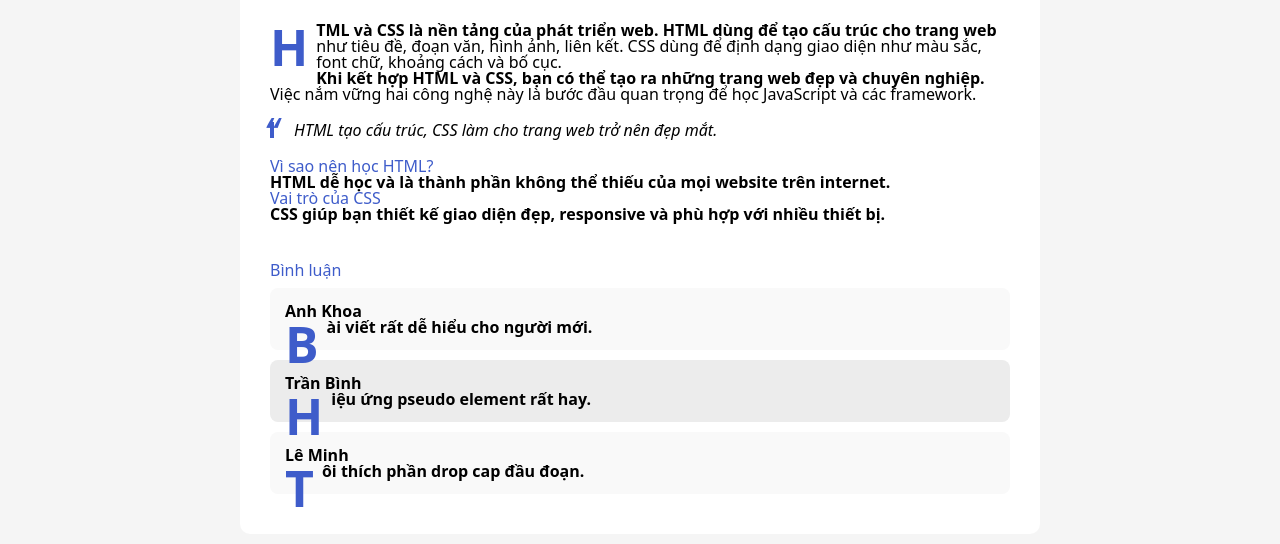
Repository: doanhieu0707/Homework-Day-5
Page: blog-post.html
The author's editor kept a copy of each file at every save. The page is drawn from the files as they stood at one save, then again after the next save.
The browser window is 1280 px wide. The pictures show the part of the page from y = 446 to 990 px (the page is 990 px tall before and 974 px after).

Above is the page before, as saved 2026-04-02 15:09:35.

After the next save:
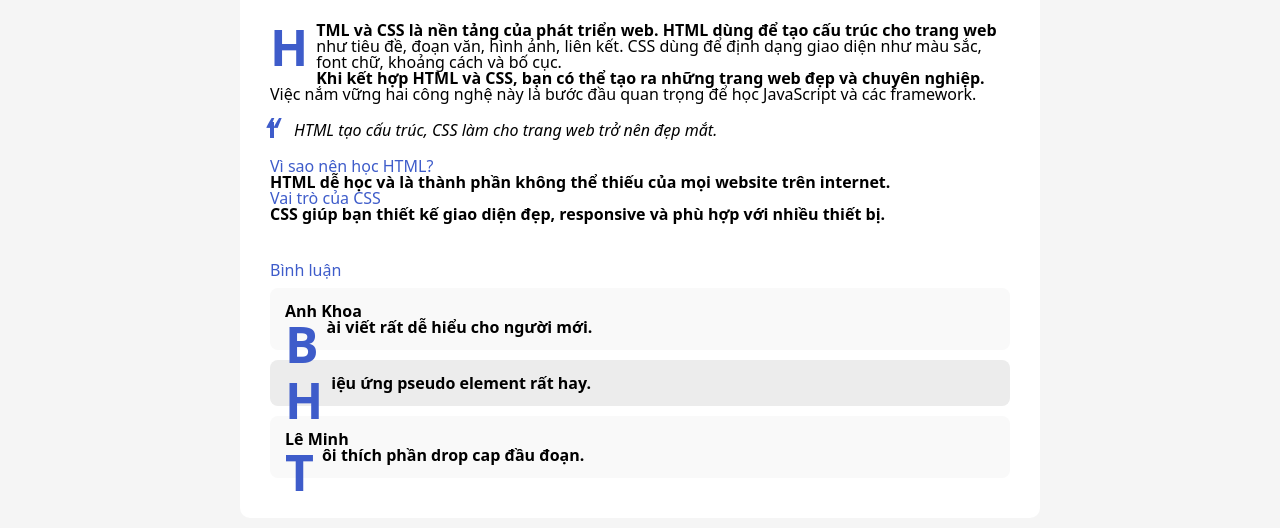
Saved 6 s later.
--- a/blog-post.html
+++ b/blog-post.html
@@ -53,7 +53,7 @@
                 </div>
 
                 <div class="comment">
-                    <div class="comment-author">Trần Bình</div>
+                    <div class="comment-author"></div>
                     <p>Hiệu ứng pseudo element rất hay.</p>
                 </div>
 

After the save that followed:
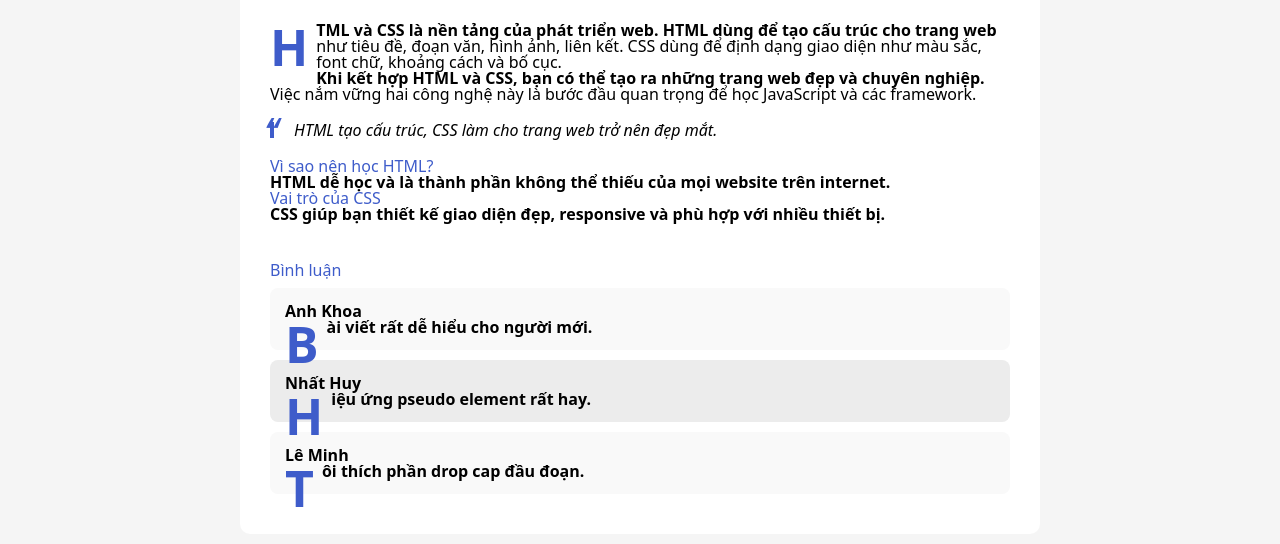
Saved 12 s later.
--- a/blog-post.html
+++ b/blog-post.html
@@ -53,7 +53,7 @@
                 </div>
 
                 <div class="comment">
-                    <div class="comment-author"></div>
+                    <div class="comment-author">Nhất Huy</div>
                     <p>Hiệu ứng pseudo element rất hay.</p>
                 </div>
 
